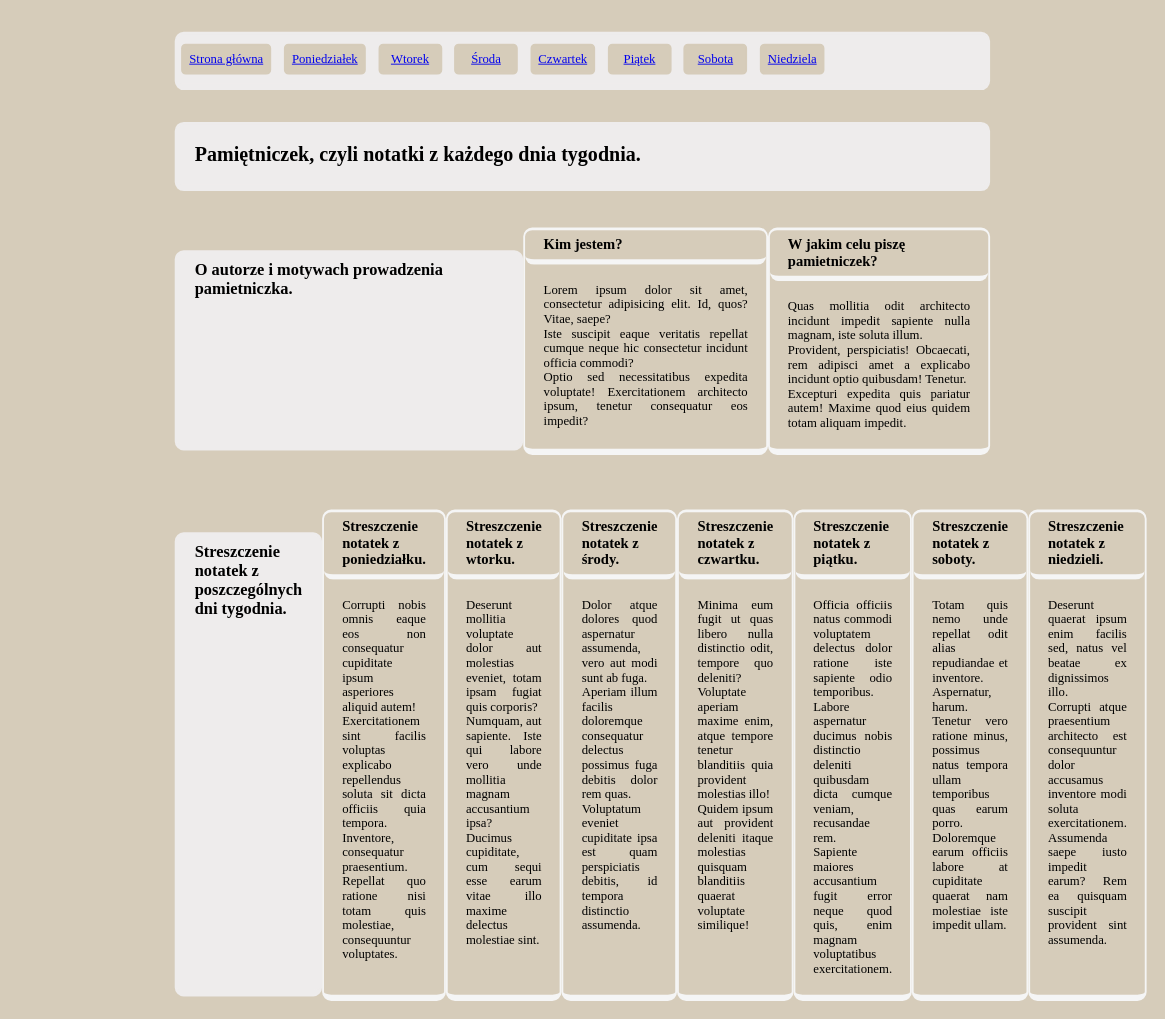
Repository: ArturNatwora/hompage
Page: index.html
The author's editor kept a copy of each file at every save. The page is drawn from the files as they stood at one save, then again after the next save.
The browser window is 1280 px wide. The pictures show the whole page, at 91% of full size.

Above is the page before, as saved 2019-06-11 20:43:37.

### index.html
<!DOCTYPE html>
<html lang="pl">

<head>
    <meta charset="UTF-8">
    <meta name="viewport" content="width=device-width, initial-scale=1.0">
    <meta http-equiv="X-UA-Compatible" content="ie=edge">
    <link rel="stylesheet" href="index.css">
    <title>Strona domowa w ramach kursu WTf CO TEN FRONTEND.</title>
</head>

<body>
    <header class="bodyHeader">
        <nav class="bodyHeader__nav">
            <ul class="bodyHeader__navListLink" >
                <li class="bodyHeader__navItemLink"><a class="bodyHeader__navLink" href="index.html">Strona główna</a></li>
                <li class="bodyHeader__navItemLink"><a class="bodyHeader__navLink" href="./days/1.html">Poniedziałek</a></li>
                <li class="bodyHeader__navItemLink"><a class="bodyHeader__navLink" href="./days/2.html">Wtorek</a></li>
                <li class="bodyHeader__navItemLink"><a class="bodyHeader__navLink" href="./days/3.html">Środa</a></li>
                <li class="bodyHeader__navItemLink"><a class="bodyHeader__navLink" href="./days/4.html">Czwartek</a></li>
                <li class="bodyHeader__navItemLink"><a class="bodyHeader__navLink" href="./days/5.html">Piątek</a></li>
                <li class="bodyHeader__navItemLink"><a class="bodyHeader__navLink" href="./days/6.html">Sobota</a></li>
                <li class="bodyHeader__navItemLink"><a class="bodyHeader__navLink" href="./days/7.html">Niedziela</a></li>
            </ul>
        </nav>
        <h1 class="bodyHeader__title">Pamiętniczek, czyli notatki z każdego dnia tygodnia.</h1>
    </header>
    <main class="main">
        <section class="section  section-flex" >
            <h2 class="section__title">O autorze i motywach prowadzenia pamietniczka.</h2>
            <article class="article article-flex">
                <h3 class="article__title">Kim jestem?</h3>
                <p>Lorem ipsum dolor sit amet, consectetur adipisicing elit. Id, quos? Vitae, saepe?</p>
                <p>Iste suscipit eaque veritatis repellat cumque neque hic consectetur incidunt officia commodi?</p>
                <p>Optio sed necessitatibus expedita voluptate! Exercitationem architecto ipsum, tenetur consequatur eos
                    impedit?</p>
            </article>
            <article class="article article-flex">

                <h3 class="article__title">W jakim celu piszę pamietniczek?</h3>
                <p>Quas mollitia odit architecto incidunt impedit sapiente nulla magnam, iste soluta illum.</p>
                <p>Provident, perspiciatis! Obcaecati, rem adipisci amet a explicabo incidunt optio quibusdam! Tenetur.
                </p>
                <p>Excepturi expedita quis pariatur autem! Maxime quod eius quidem totam aliquam impedit.</p>
            </article>

        </section>

        <section class="section section-flex">
                <h2 class="section__title">Streszczenie notatek z poszczególnych dni tygodnia.</h2>
                <article class="article article-flex">
                    <h3 class="article__title">Streszczenie notatek z poniedziałku.</h3>
                    <p>Corrupti nobis omnis eaque eos non consequatur cupiditate ipsum asperiores aliquid autem!</p>
                    <p>Exercitationem sint facilis voluptas explicabo repellendus soluta sit dicta officiis quia
                        tempora.</p>
                    <p>Inventore, consequatur praesentium. Repellat quo ratione nisi totam quis molestiae, consequuntur
                        voluptates.</p>
                </article>
                <article class="article article-flex">
                    <h3 class="article__title">Streszczenie notatek z wtorku.</h3>
                    <p>Deserunt mollitia voluptate dolor aut molestias eveniet, totam ipsam fugiat quis corporis?</p>
                    <p>Numquam, aut sapiente. Iste qui labore vero unde mollitia magnam accusantium ipsa?</p>
                    <p>Ducimus cupiditate, cum sequi esse earum vitae illo maxime delectus molestiae sint.</p>
                </article>
                <article class="article article-flex">
                    <h3 class="article__title">Streszczenie notatek z środy.</h3>
                    <p>Dolor atque dolores quod aspernatur assumenda, vero aut modi sunt ab fuga.</p>
                    <p>Aperiam illum facilis doloremque consequatur delectus possimus fuga debitis dolor rem quas.</p>
                    <p>Voluptatum eveniet cupiditate ipsa est quam perspiciatis debitis, id tempora distinctio
                        assumenda.</p>
                </article>
                <article class="article article-flex">
                    <h3 class="article__title">Streszczenie notatek z czwartku.</h3>
                    <p>Minima eum fugit ut quas libero nulla distinctio odit, tempore quo deleniti?</p>
                    <p>Voluptate aperiam maxime enim, atque tempore tenetur blanditiis quia provident molestias illo!
                    </p>
                    <p>Quidem ipsum aut provident deleniti itaque molestias quisquam blanditiis quaerat voluptate
                        similique!</p>
                </article>
                <article class="article article-flex">
                    <h3 class="article__title">Streszczenie notatek z piątku.</h3>
                    <p>Officia officiis natus commodi voluptatem delectus dolor ratione iste sapiente odio temporibus.
                    </p>
                    <p>Labore aspernatur ducimus nobis distinctio deleniti quibusdam dicta cumque veniam, recusandae
                        rem.</p>
                    <p>Sapiente maiores accusantium fugit error neque quod quis, enim magnam voluptatibus
                        exercitationem.</p>
                </article>
                <article class="article article-flex">
                    <h3 class="article__title">Streszczenie notatek z soboty.</h3>
                    <p>Totam quis nemo unde repellat odit alias repudiandae et inventore. Aspernatur, harum.</p>
                    <p>Tenetur vero ratione minus, possimus natus tempora ullam temporibus quas earum porro.</p>
                    <p>Doloremque earum officiis labore at cupiditate quaerat nam molestiae iste impedit ullam.</p>
                </article>
                <article class="article article-flex">
                    <h3 class="article__title">Streszczenie notatek z niedzieli.</h3>
                    <p>Deserunt quaerat ipsum enim facilis sed, natus vel beatae ex dignissimos illo.</p>
                    <p>Corrupti atque praesentium architecto est consequuntur dolor accusamus inventore modi soluta
                        exercitationem.</p>
                    <p>Assumenda saepe iusto impedit earum? Rem ea quisquam suscipit provident sint assumenda.</p>
                </article>
            </section>


    </main>
    <script src="index.js"></script>
</body>

</html>

### index.css

*{
    margin: 0;
    padding: 0;
    box-sizing: border-box;
    font-size: 14px;
}


body{
    width: 70%;
    margin:  auto;
    background: rgb(214, 204, 186);

}

.bodyHeader {
    width: 100%;

    display: block;
    position: relative;


}
.bodyHeader__nav{
    background: rgb(238, 236, 236);
    width: 100%;
    height: auto;
    margin: 35px 0;

    display: block;

    border-width: 3px 2px 7px 2px ;
    border-style: solid;
    border-color: rgb(238, 236, 236);
    border-radius: 10px;
}
.bodyHeader__navListLink {
    width: 100%;
    list-style: none;
    display: block;
}
.bodyHeader__navItemLink{
    text-align: center;
    min-width: 70px;
    background: rgb(214, 204, 186);
    display: inline-block;
    padding: 7px ;
    margin: 10px 5px;
    border-width:  2px ;
    border-style: solid;
    border-color: rgb(214, 204, 186);
    border-radius: 5px;
}

.bodyHeader__title{
    font-size: 22px;
    display: block;
    margin:16px 0;
    padding: 20px;
    background: rgb(238, 236, 236);

    border-width: 3px 2px 7px 2px ;
    border-style: solid;
    border-color: rgb(238, 236, 236);
    border-radius: 10px;
}
.section{
    width: 100%;
    margin:40px 0 0 0 ;
}

.section-flex{
display:flex;
flex-direction: row;
}

.section__title{
    width: 100%;
    font-size: 18px;
    display: block;
    margin:25px 0;
    padding: 8px 20px;
    background: rgb(238, 236, 236);

    border-width: 3px 2px 7px 2px ;
    border-style: solid;
    border-color: rgb(238, 236, 236);
    border-radius: 10px;
}
.article{

    display: block;
    margin:0 0 20px 0;
    padding:0 0 20px 0px;
    border-width: 3px 2px 7px 2px ;
    border-style: solid;
    border-color: whitesmoke;
    border-radius: 10px;

}
.article__title{
    font-size: 16px;
    display: block;
    margin:0 0 20px 0 ;
    padding: 7px 20px;

    border-width: 0 0 6px 0 ;
    border-style: solid;
    border-color: whitesmoke;
    border-radius: 10px;

}
p{
    text-align: justify;
    padding: 0 20px;
}

Loaded but not shown: index.js (no copy from this time; the picture is the same without it)

After the next save:
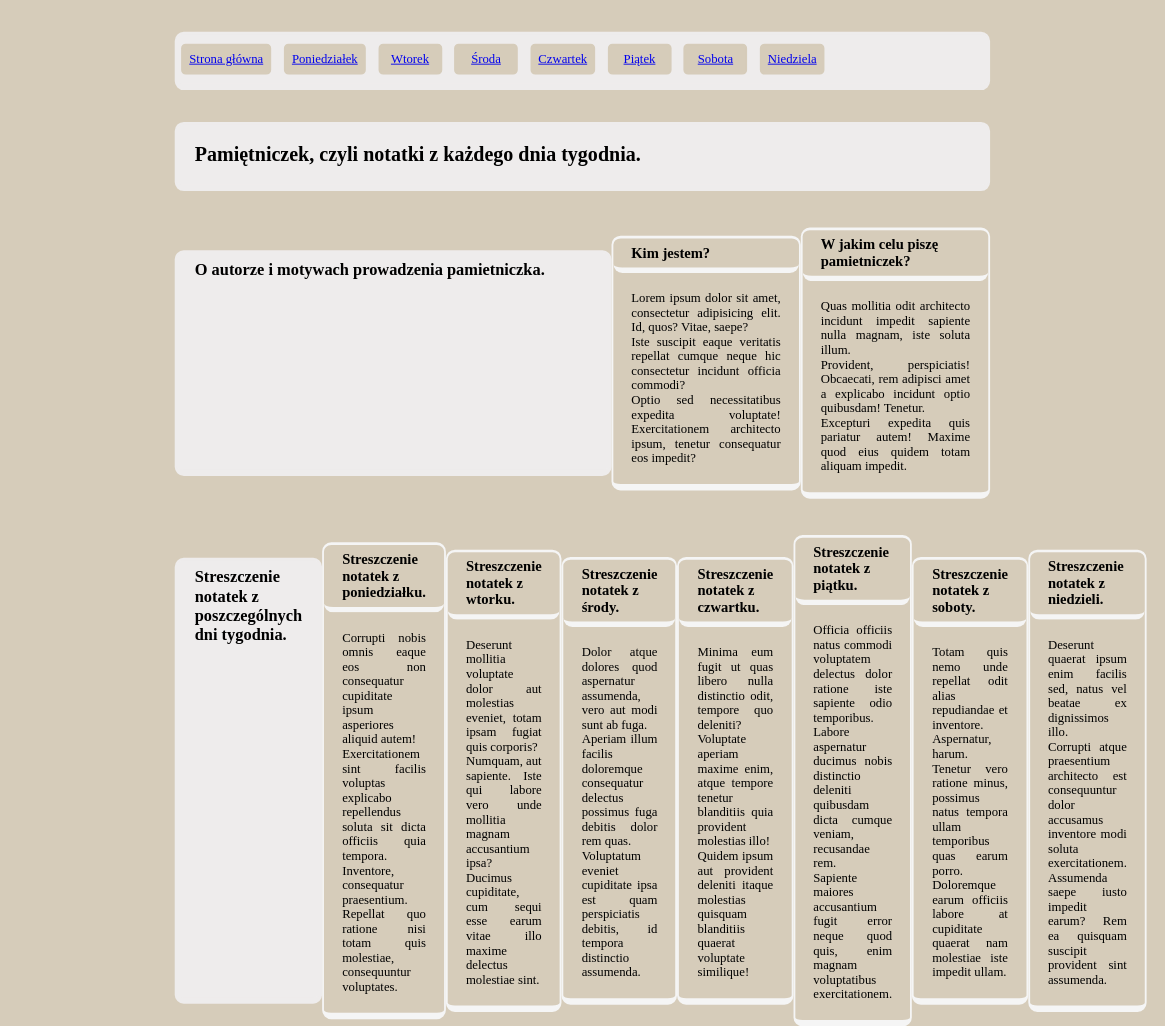
Saved 72 s later.
--- a/index.css
+++ b/index.css
@@ -99,6 +99,10 @@ flex-direction: row;
     border-radius: 10px;
 
 }
+.article-flex{
+    width: 45%;
+    margin:auto;
+}
 .article__title{
     font-size: 16px;
     display: block;
